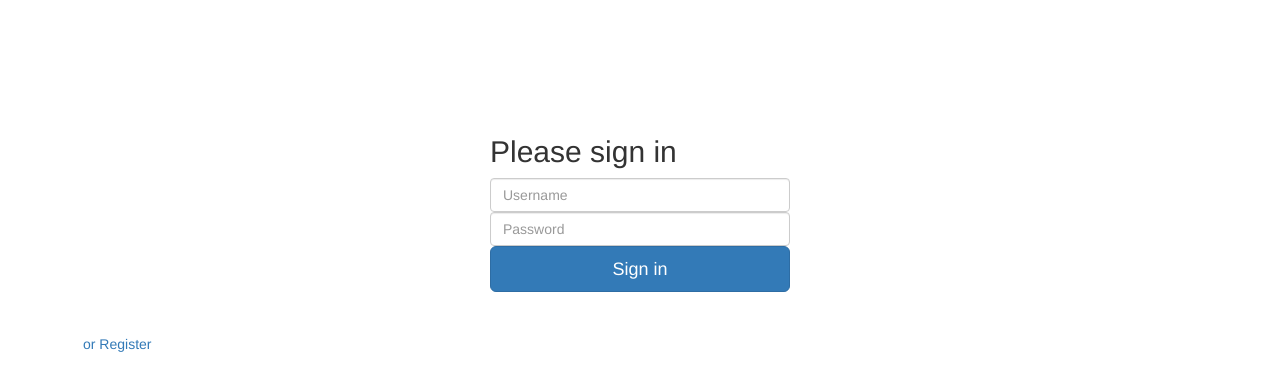
Repository: aaikinsm/FDM-Programs
Page: http://localhost/SoloProject/createExam.jsp
The author's editor kept a copy of each file at every save. The page is drawn from the files as they stood at one save, then again after the next save.
The browser window is 1280 px wide. The pictures show the whole page.
Some web libraries are served in a nearby version. The page is served by Tomcat 9.

Above is the page before, as saved 2017-06-01 19:10:12.

After the next save:
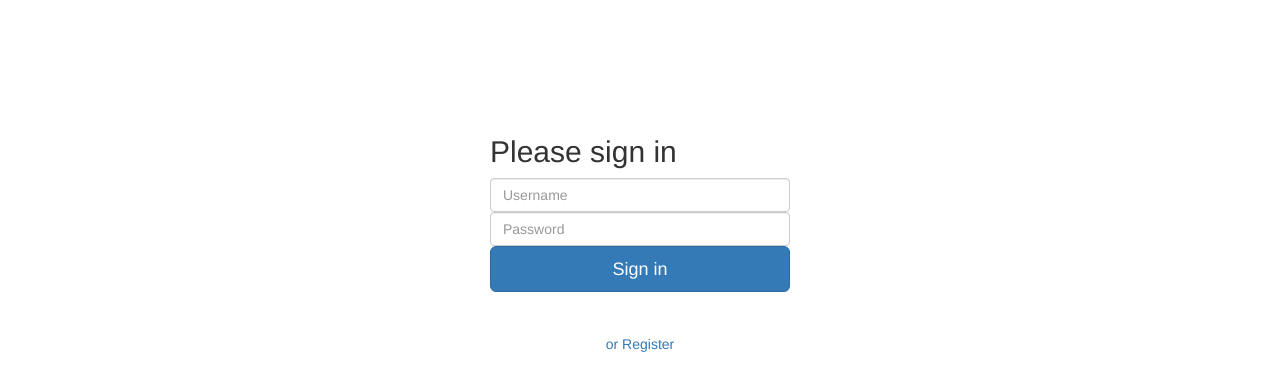
Saved 53 s later.
--- a/SoloProject/WebContent/login.jsp
+++ b/SoloProject/WebContent/login.jsp
@@ -43,8 +43,8 @@
 					in</button>
 			</form>
 			<br />
-			<button id="b1" class="btn btn-primary btn-link">or
-				Register</button>
+			<center><button id="b1" class="btn btn-primary btn-link">or
+				Register</button></center>
 
 		</div>
 
